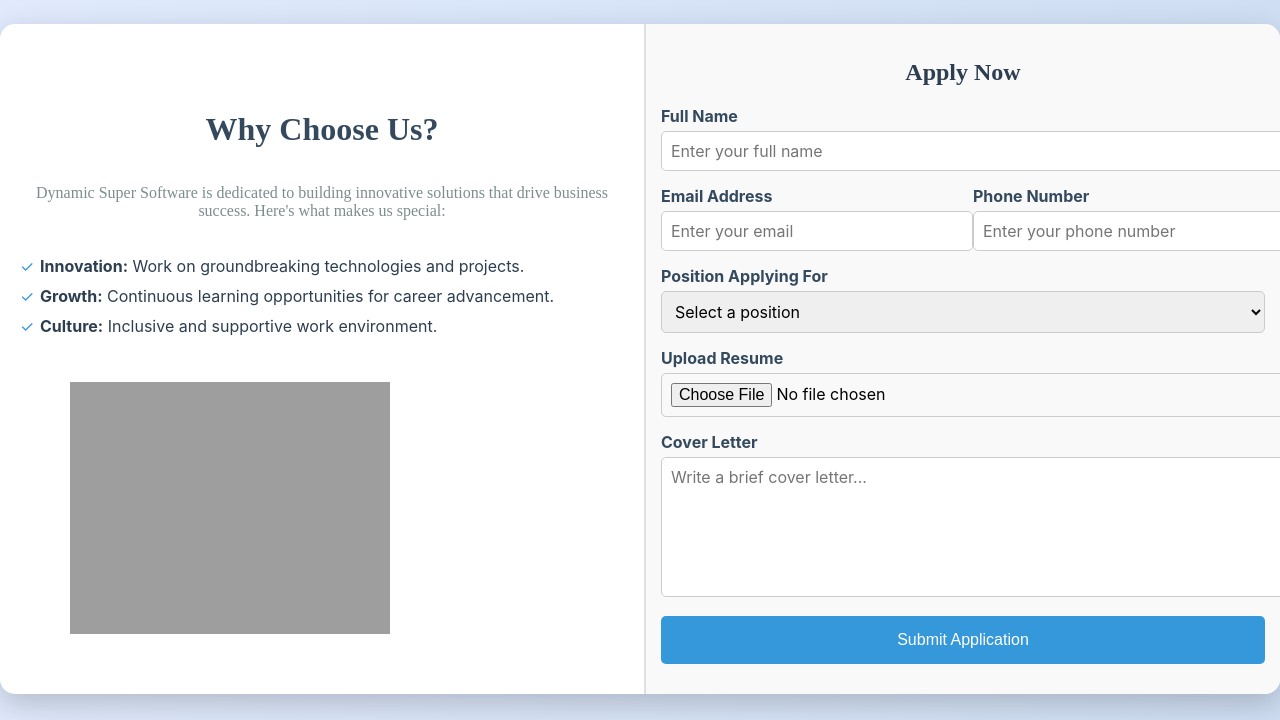
Repository: abhibkop27/CIMDR
Page: src/interview_form.html
The author's editor kept a copy of each file at every save. The page is drawn from the files as they stood at one save, then again after the next save.
The browser window is 1280 px wide. The pictures show the whole page.
Pictures or frames that could not be fetched are drawn as grey boxes.

Above is the page before, as saved 2025-01-20 15:45:41.

After the next save:
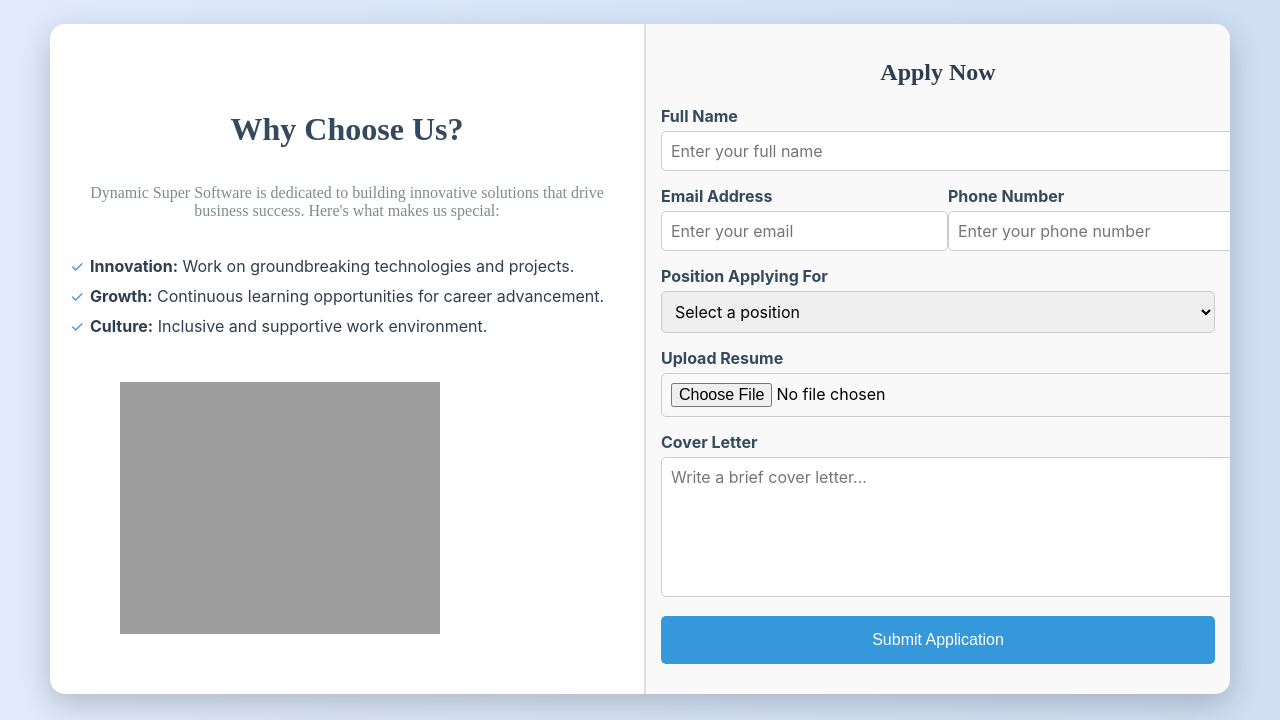
Saved 12 s later.
--- a/src/interview.css
+++ b/src/interview.css
@@ -31,7 +31,7 @@
 
 .career-page {
     background: #ffffff;
-    width: calc(100vw - 0px);
+    width: calc(100vw - 100px);
     /* max-width: 1100px; */
     border-radius: 15px;
     overflow: hidden;
